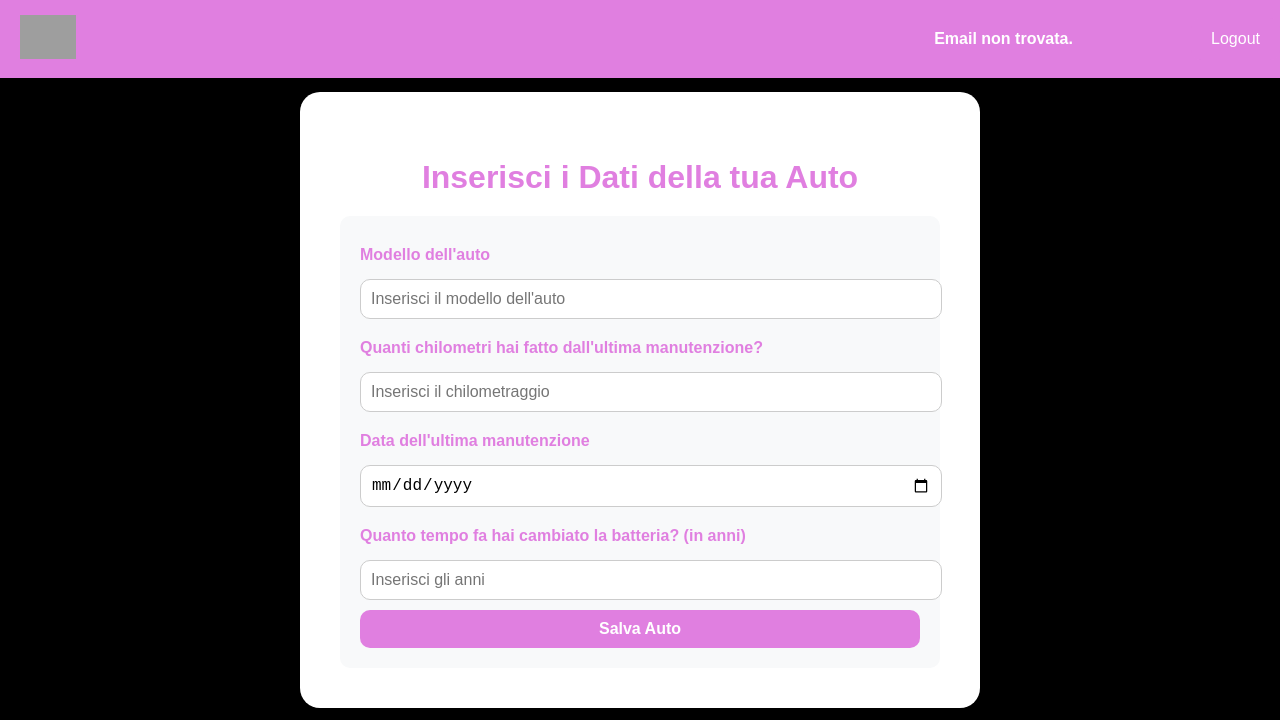
Repository: maxdl98/AppAuto
Page: http://localhost/index
The author's editor kept a copy of each file at every save. The page is drawn from the files as they stood at one save, then again after the next save.
The browser window is 1280 px wide. The pictures show the whole page.
Pictures or frames that could not be fetched are drawn as grey boxes. The page is this project's Thymeleaf template; nobody is signed in. The template is opened directly, without the code that normally fills it, so the values that code supplies are empty.

Above is the page before, as saved 2025-01-13 08:28:55.

After the next save:
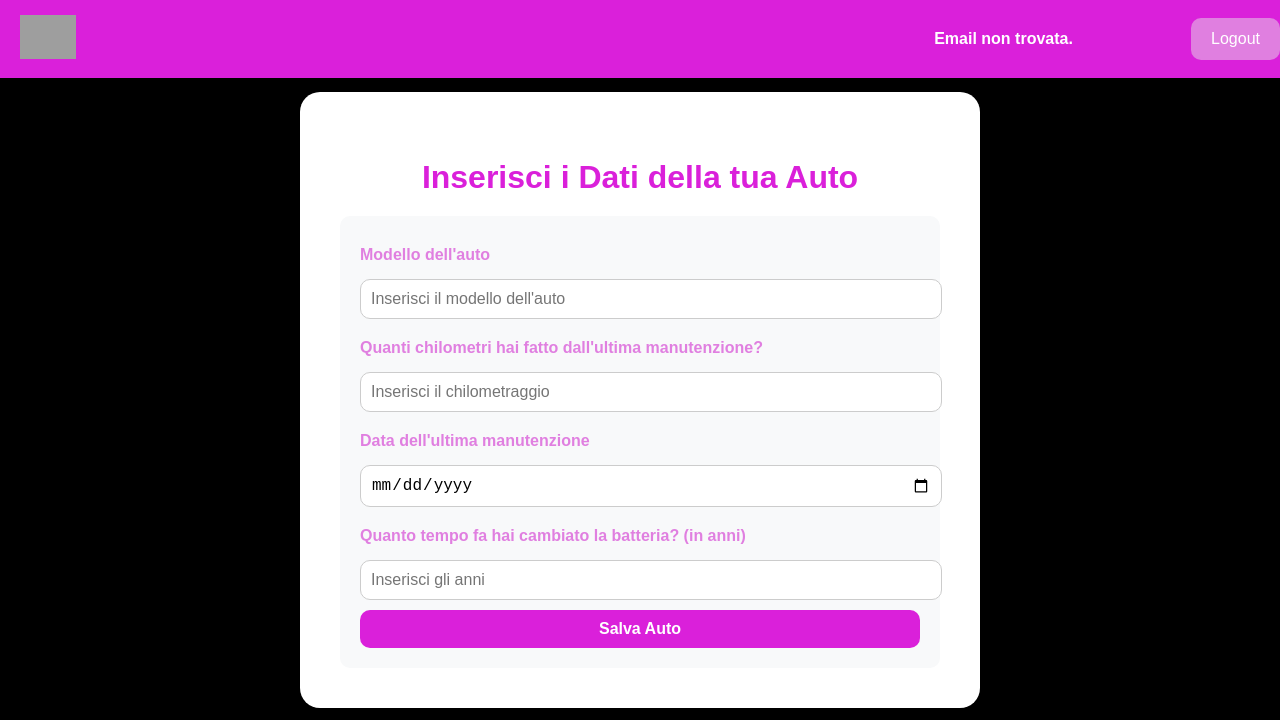
Saved 1 s later.
--- a/AutoApp/src/main/resources/templates/index.html
+++ b/AutoApp/src/main/resources/templates/index.html
@@ -23,7 +23,7 @@
         /* Top bar */
         .topbar {
             width: 100%;
-            background-color: #e07fe0;
+            background-color: #da20da;
             padding: 15px 20px;
             display: flex;
             justify-content: space-between; /* Modificato per aggiungere l'email utente */
@@ -81,7 +81,7 @@
         .container h2 {
             margin-bottom: 20px;
             font-size: 2rem;
-            color: #e07fe0;
+            color: #da20da;
         }
 
         .container p {
@@ -118,7 +118,7 @@
         .auto-form button {
             width: 100%;
             padding: 10px;
-            background-color: #e07fe0;
+            background-color: #da20da;
             border: none;
             border-radius: 10px;
             color: white;
